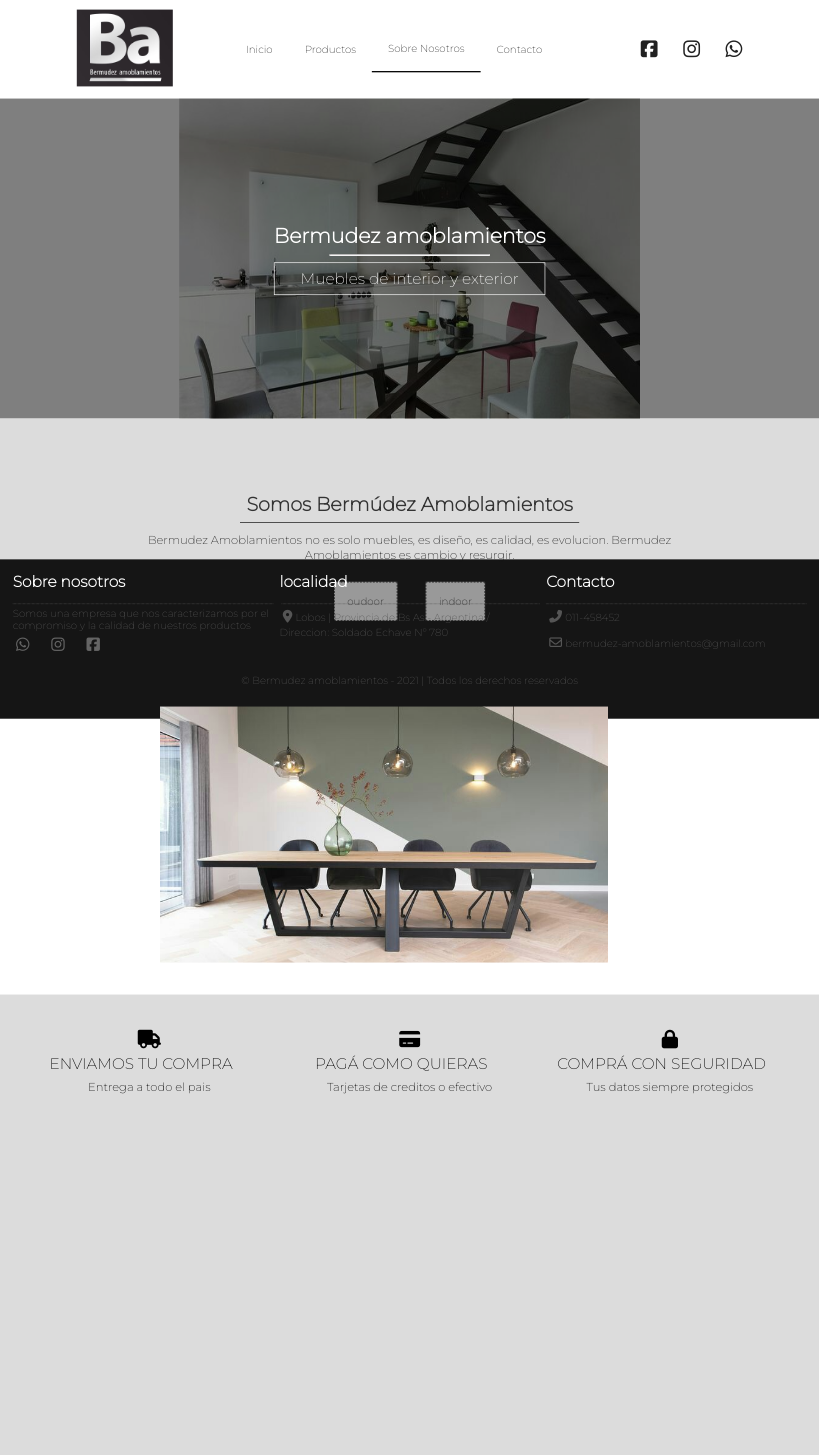
Repository: DamianBermudez94/Bermudez-amoblamientos
Page: index.html
An editor plug-in stored every save of this project. The page is shown before and after the next save, followed by the edit.
The browser window is 1280 px wide. The pictures show the whole page, at 64% of full size.
Backgrounds fixed to the window are drawn as part of the page. Some web libraries are served in a nearby version.

Above is the page before, as saved 2022-09-22 19:30:47.

After the next save:
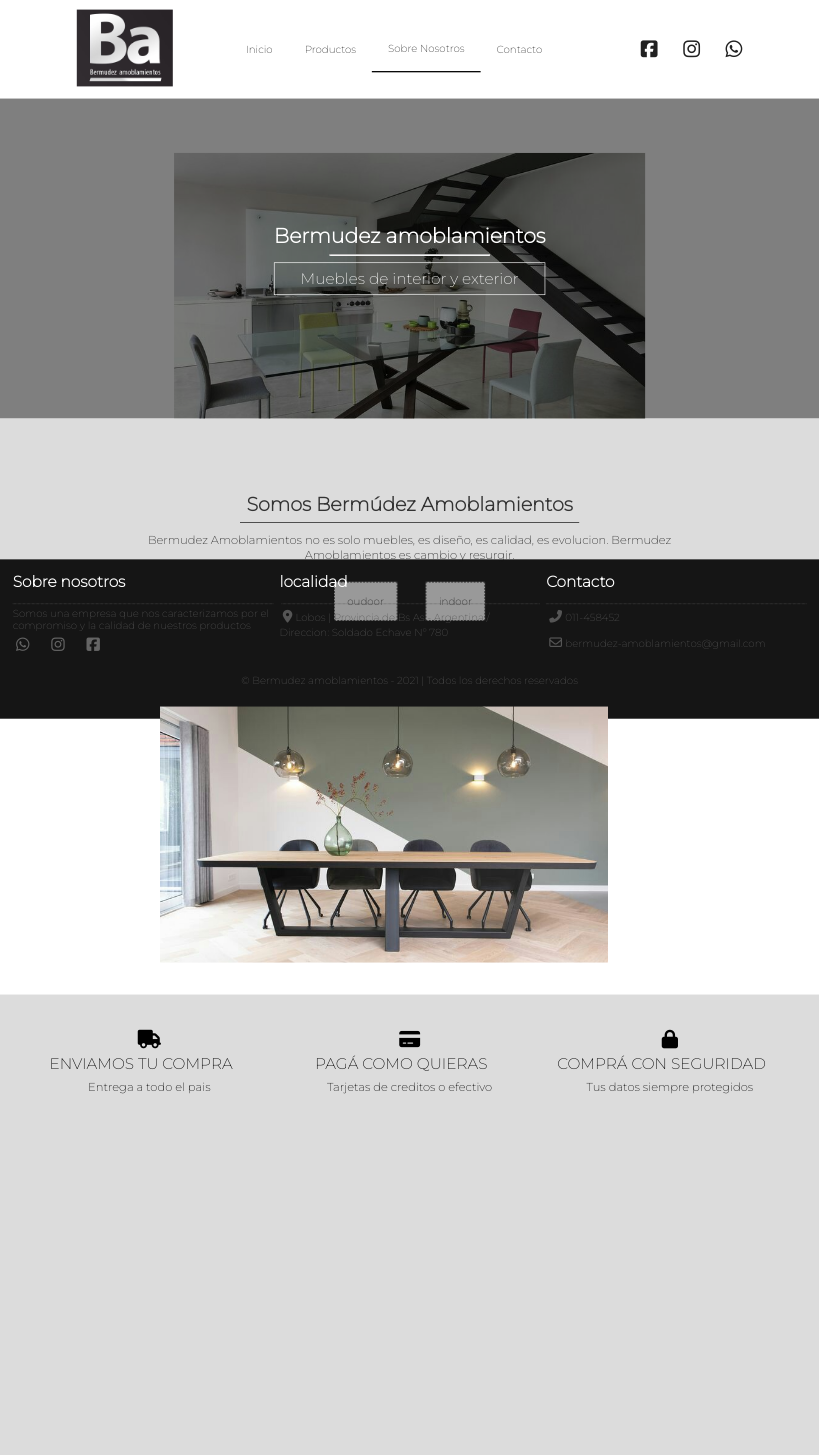
Saved 6 s later.
--- a/index.css
+++ b/index.css
@@ -40,7 +40,7 @@
   background-position: center;
   background-attachment: fixed;
   background-repeat: no-repeat;
-  background-size: 100vh 100vh;
+
 
 }
 
